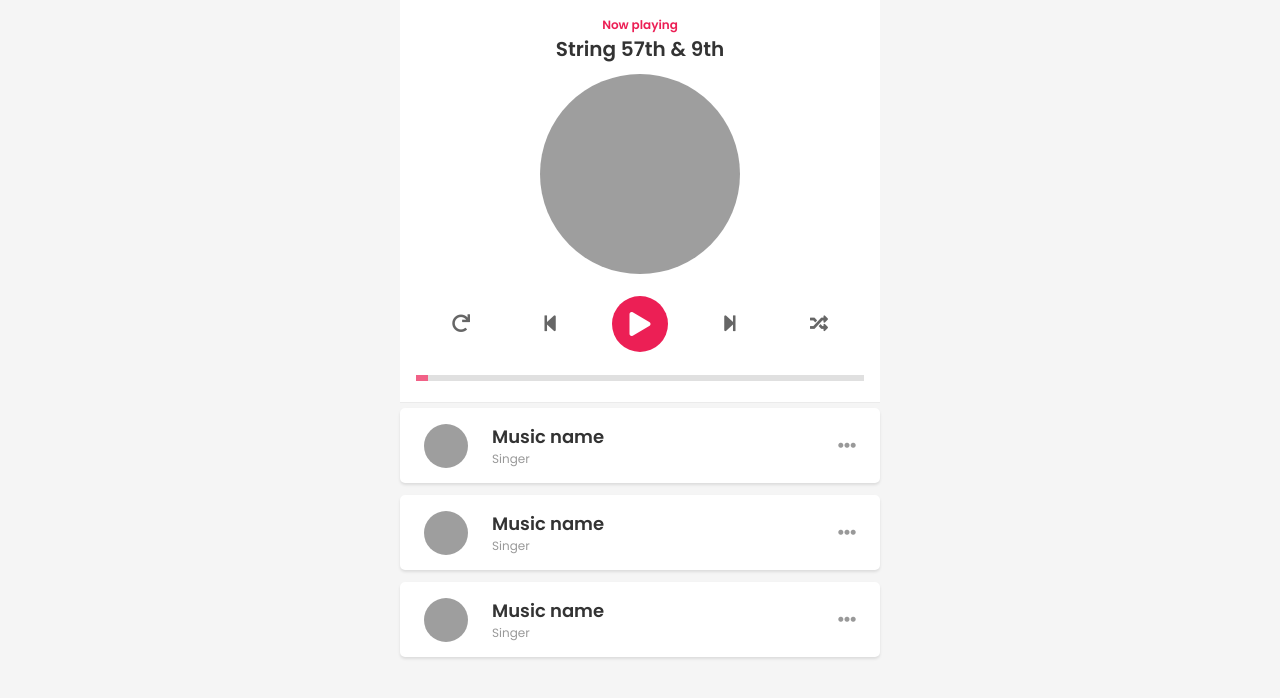
Repository: NBlue/Music_Player
Page: index.html
An editor plug-in stored every save of this project. The page is shown before and after the next save, followed by the edit.
The browser window is 1280 px wide. The pictures show the whole page.
Pictures or frames that could not be fetched are drawn as grey boxes.

Above is the page before, as saved 2021-10-13 07:44:19.

After the next save:
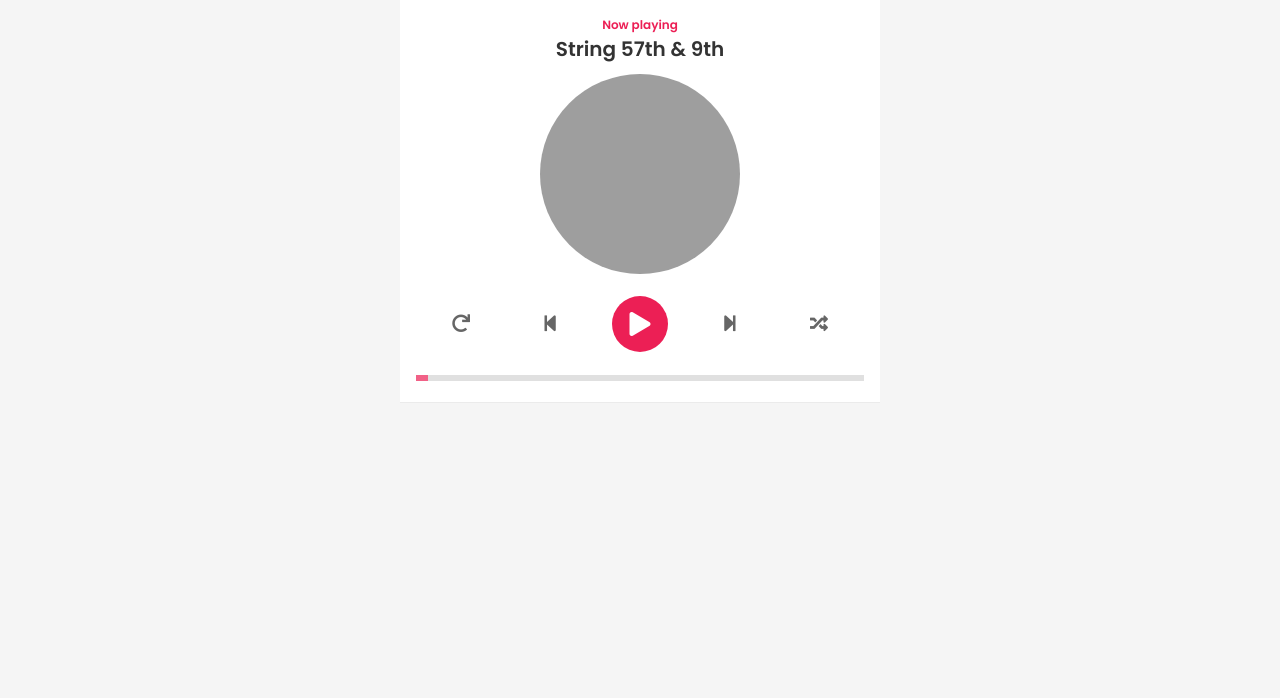
Saved 53 s later.
--- a/index.html
+++ b/index.html
@@ -74,7 +74,7 @@
 
             <!-- Playlist -->
             <div class="playlist">
-                <div class="song">
+                <!-- <div class="song">
                     <div
                         class="thumb"
                         style="
@@ -118,7 +118,7 @@
                     <div class="option">
                         <i class="fas fa-ellipsis-h"></i>
                     </div>
-                </div>
+                </div> -->
             </div>
         </div>
 
